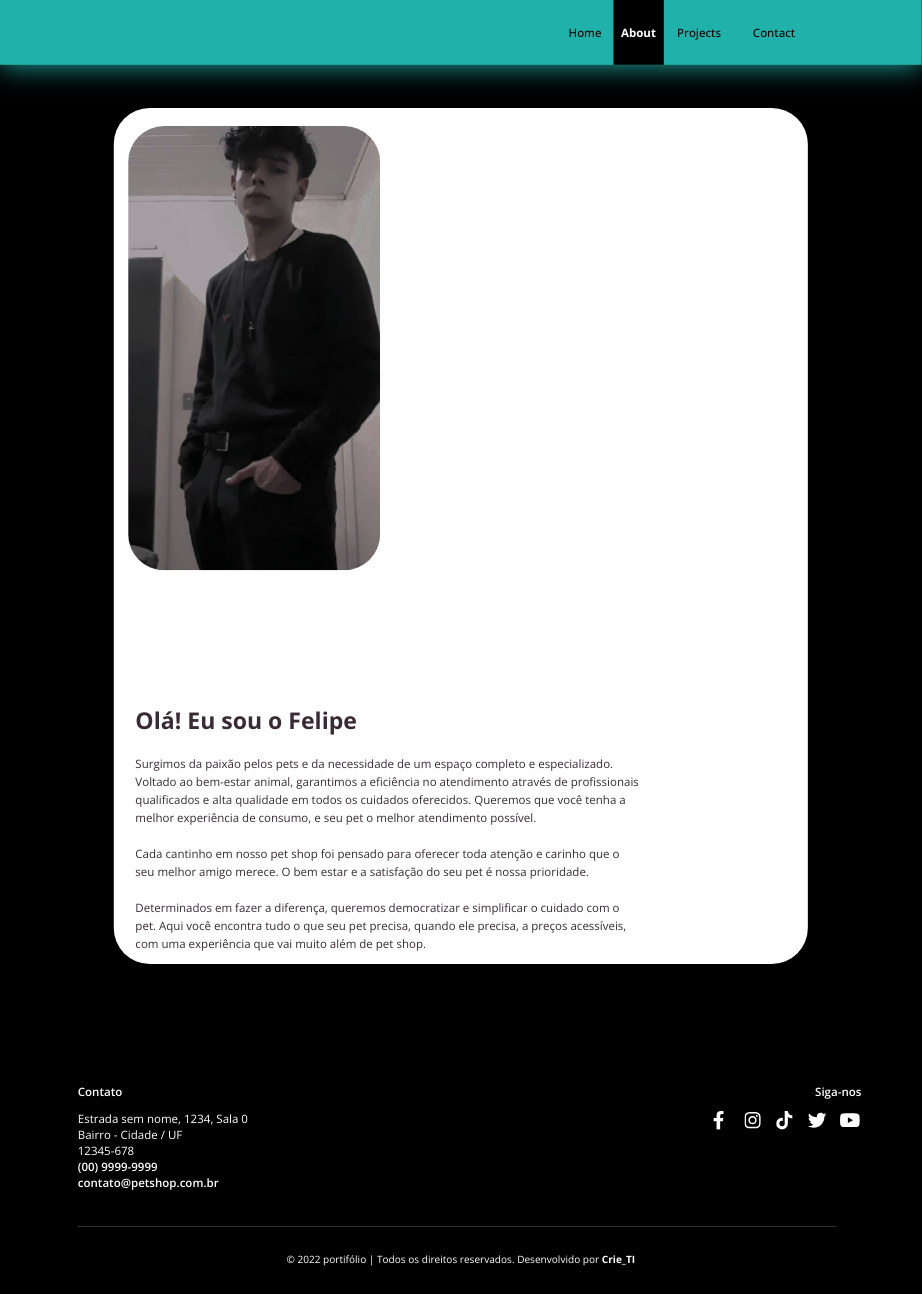
Repository: Fel1pit0/CRIE_TI
Page: Projetos/Portifólio/about.html
These files come from the project's save history. The page is drawn as it stood at one moment and after the next save; the edit follows.
The browser window is 1280 px wide. The pictures show the whole page, at 72% of full size.

Above is the page before, as saved 2022-05-25 15:08:56.

### Projetos/Portifólio/about.html
<!DOCTYPE html>
<html lang="en">
<head>
    <meta charset="UTF-8">
    <meta http-equiv="X-UA-Compatible" content="IE=edge">
    <meta name="viewport" content="width=device-width, initial-scale=1.0">
    <title>Portifólio</title>
    <link rel="stylesheet" href="styles.css">
    <link rel="preconnect" href="https://fonts.googleapis.com">
    <link rel="preconnect" href="https://fonts.gstatic.com" crossorigin>
    <link href="https://fonts.googleapis.com/css2?family=Roboto+Mono:wght@100&display=swap" rel="stylesheet">
</head>
<body>
    <header>
        <a href="index.html"></a>
        <nav class="pages">
          <div class="home-page"><a href="index.html">Home</a></div>
          <div class="about-page" style="background-color: black; color: #fff; font-weight: bold;"><a href="about.html">About</a></div>
          <div class="services-page"><a href="services.html">Projects</a></div>
          <div class="contact-page"><a href="contact.html">Contact</a></div>
        </nav>
    </header>

    <section id="about">
        <div>
          <img class="image-about" src="imagens/eu.jpeg" alt="minha-foto">
          <div class="desc-about">
            <h2>Olá! Eu sou o Felipe</h2>
            <p>Surgimos da paixão pelos pets e da necessidade de um espaço completo e especializado.<br/>
              Voltado ao bem-estar animal, garantimos a eficiência no atendimento através de profissionais qualificados e alta qualidade em todos os cuidados oferecidos. Queremos que você tenha a melhor experiência de consumo, e seu pet o melhor atendimento possível.<br/>
              <br>
              Cada cantinho em nosso pet shop foi pensado para oferecer toda atenção e carinho que o seu melhor amigo merece. O bem estar e a satisfação do seu pet é nossa prioridade.<br/>
              <br/>
              Determinados em fazer a diferença, queremos democratizar e simplificar o cuidado com o pet. Aqui você encontra tudo o que seu pet precisa, quando ele precisa, a preços acessíveis, com uma experiência que vai muito além de pet shop.
            </p>
          </div>
        </div>
    </section>

      <footer>
        <div class="foot-logo"></div>
          <div class="row-foot">
            <div class="contact-foot">
              <p>Contato</p>
                <div class="desc-contact">
                    <span>
                    Estrada sem nome, 1234, Sala 0<br/>
                    Bairro - Cidade / UF<br/>
                    12345-678<br/>
                    </span>
                    <a href="tel:+550099999999">(00) 9999-9999</a><br/>
                    <a href="mailto:contato@petshop.com.br">contato@petshop.com.br</a><br/>
                </div>
            </div>
            <div class="time-foot">
            </div>
            <div class="follow-foot">
              <p>Siga-nos</p>
                <div class="desc-follow">
                    <div class="social-icons">
                        <div class="ico-social"><a href="https://www.facebook.com/"><svg xmlns="http://www.w3.org/2000/svg" viewBox="0 0 600 512"><!--! Font Awesome Pro 6.1.1 by @fontawesome - https://fontawesome.com License - https://fontawesome.com/license (Commercial License) Copyright 2022 Fonticons, Inc. --><path d="M279.14 288l14.22-92.66h-88.91v-60.13c0-25.35 12.42-50.06 52.24-50.06h40.42V6.26S260.43 0 225.36 0c-73.22 0-121.08 44.38-121.08 124.72v70.62H22.89V288h81.39v224h100.17V288z"/></svg></a></div>
                        <div class="ico-social"><a href="https://www.instagram.com/"><svg xmlns="http://www.w3.org/2000/svg" viewBox="0 0 600 512"><!--! Font Awesome Pro 6.1.1 by @fontawesome - https://fontawesome.com License - https://fontawesome.com/license (Commercial License) Copyright 2022 Fonticons, Inc. --><path d="M224.1 141c-63.6 0-114.9 51.3-114.9 114.9s51.3 114.9 114.9 114.9S339 319.5 339 255.9 287.7 141 224.1 141zm0 189.6c-41.1 0-74.7-33.5-74.7-74.7s33.5-74.7 74.7-74.7 74.7 33.5 74.7 74.7-33.6 74.7-74.7 74.7zm146.4-194.3c0 14.9-12 26.8-26.8 26.8-14.9 0-26.8-12-26.8-26.8s12-26.8 26.8-26.8 26.8 12 26.8 26.8zm76.1 27.2c-1.7-35.9-9.9-67.7-36.2-93.9-26.2-26.2-58-34.4-93.9-36.2-37-2.1-147.9-2.1-184.9 0-35.8 1.7-67.6 9.9-93.9 36.1s-34.4 58-36.2 93.9c-2.1 37-2.1 147.9 0 184.9 1.7 35.9 9.9 67.7 36.2 93.9s58 34.4 93.9 36.2c37 2.1 147.9 2.1 184.9 0 35.9-1.7 67.7-9.9 93.9-36.2 26.2-26.2 34.4-58 36.2-93.9 2.1-37 2.1-147.8 0-184.8zM398.8 388c-7.8 19.6-22.9 34.7-42.6 42.6-29.5 11.7-99.5 9-132.1 9s-102.7 2.6-132.1-9c-19.6-7.8-34.7-22.9-42.6-42.6-11.7-29.5-9-99.5-9-132.1s-2.6-102.7 9-132.1c7.8-19.6 22.9-34.7 42.6-42.6 29.5-11.7 99.5-9 132.1-9s102.7-2.6 132.1 9c19.6 7.8 34.7 22.9 42.6 42.6 11.7 29.5 9 99.5 9 132.1s2.7 102.7-9 132.1z"/></svg></a></div>
                        <div class="ico-social"><a href="https://www.tiktok.com/"><svg xmlns="http://www.w3.org/2000/svg" viewBox="0 0 600 512"><!--! Font Awesome Pro 6.1.1 by @fontawesome - https://fontawesome.com License - https://fontawesome.com/license (Commercial License) Copyright 2022 Fonticons, Inc. --><path d="M448,209.91a210.06,210.06,0,0,1-122.77-39.25V349.38A162.55,162.55,0,1,1,185,188.31V278.2a74.62,74.62,0,1,0,52.23,71.18V0l88,0a121.18,121.18,0,0,0,1.86,22.17h0A122.18,122.18,0,0,0,381,102.39a121.43,121.43,0,0,0,67,20.14Z"/></svg></a></div>
                        <div class="ico-social"><a href="https://twitter.com/"><svg xmlns="http://www.w3.org/2000/svg" viewBox="0 0 600 512"><!--! Font Awesome Pro 6.1.1 by @fontawesome - https://fontawesome.com License - https://fontawesome.com/license (Commercial License) Copyright 2022 Fonticons, Inc. --><path d="M459.37 151.716c.325 4.548.325 9.097.325 13.645 0 138.72-105.583 298.558-298.558 298.558-59.452 0-114.68-17.219-161.137-47.106 8.447.974 16.568 1.299 25.34 1.299 49.055 0 94.213-16.568 130.274-44.832-46.132-.975-84.792-31.188-98.112-72.772 6.498.974 12.995 1.624 19.818 1.624 9.421 0 18.843-1.3 27.614-3.573-48.081-9.747-84.143-51.98-84.143-102.985v-1.299c13.969 7.797 30.214 12.67 47.431 13.319-28.264-18.843-46.781-51.005-46.781-87.391 0-19.492 5.197-37.36 14.294-52.954 51.655 63.675 129.3 105.258 216.365 109.807-1.624-7.797-2.599-15.918-2.599-24.04 0-57.828 46.782-104.934 104.934-104.934 30.213 0 57.502 12.67 76.67 33.137 23.715-4.548 46.456-13.32 66.599-25.34-7.798 24.366-24.366 44.833-46.132 57.827 21.117-2.273 41.584-8.122 60.426-16.243-14.292 20.791-32.161 39.308-52.628 54.253z"/></svg></a></div>
                        <div class="ico-social"><a href="https://www.youtube.com/"><svg xmlns="http://www.w3.org/2000/svg" viewBox="0 0 600 512"><!--! Font Awesome Pro 6.1.1 by @fontawesome - https://fontawesome.com License - https://fontawesome.com/license (Commercial License) Copyright 2022 Fonticons, Inc. --><path d="M549.655 124.083c-6.281-23.65-24.787-42.276-48.284-48.597C458.781 64 288 64 288 64S117.22 64 74.629 75.486c-23.497 6.322-42.003 24.947-48.284 48.597-11.412 42.867-11.412 132.305-11.412 132.305s0 89.438 11.412 132.305c6.281 23.65 24.787 41.5 48.284 47.821C117.22 448 288 448 288 448s170.78 0 213.371-11.486c23.497-6.321 42.003-24.171 48.284-47.821 11.412-42.867 11.412-132.305 11.412-132.305s0-89.438-11.412-132.305zm-317.51 213.508V175.185l142.739 81.205-142.739 81.201z"/></svg></a></div>
                    </div>
                </div>
            </div>
          <div class="line-foot"></div>
          <div class="copy"><span>© 2022 portifólio | Todos os direitos reservados. Desenvolvido por <b>Crie_TI</b></span></div>
      </footer>
</body>
</html>

### Projetos/Portifólio/styles.css
@import url('https://fonts.googleapis.com/css2?family=Open+Sans:ital,wght@0,300;0,400;0,500;0,600;0,700;0,800;1,300;1,400;1,500;1,600;1,700;1,800&display=swap');
body{
  font-family: 'Open Sans', sans-serif;
  background-color: black;
}
.brand{
  width: 250px;
  margin-left: 50px;
}
header {
  background-color: #20B2AA;
  display: flex;
  align-items: center;
  position: fixed;
  padding: 0 50px;
  top: 0;
  left: 0px;
  right: 0px;
  height: 90px;
  box-shadow: 0 0 40px #20b2aa;
  z-index: 2;
}
.home-page, .about-page{
  display: inline-block;
  text-align: center;
  height: 90px;
  width: 70px;
}
.products-page, .services-page{
  display: inline-block;
  text-align: center;
  height: 90px;
  width: 90px;
}
.contact-page {
  display: inline-block;
  text-align: center;
  height: 90px;
  width: 110px;
}
.home-page a, .about-page a, .products-page a, .services-page a, .contact-page a{
  margin-top: 34px;
  margin-bottom: auto;
}
.pages {
  width: auto;
  font-weight: 450;
  justify-content: space-between;
  margin-left: auto;
  margin-right: 100px;
}
.pages a{
  color: inherit;
  text-decoration: none;
  display: inline-block;
}
.pages a:hover{
  color: #ff0077;
}
.banner {
  width: 100%;
  height: 600px;
  margin-top: 80px;
  object-fit: cover;
}
#our-services{
  text-align: center;
}
.sub-title{
  margin-top: 60px;
  text-align: center;
  color: #1A2138;
  font-size: 32px;
}
.column {
  display:inline-block;
  padding: 30px;
  width: 15%;
  height: 250px;
  vertical-align: middle;
}
.column a{
  color: inherit;
  text-decoration: none;
  display: inline-block;
}
.column a:hover svg{
  transform: matrix3d(1.176,-0.17,0.00,0,0.17,1.176,0.00,0,0,0,1,0,0,0,0,1);
  -webkit-transform: matrix3d(1.176,-0.17,0.00,0,0.17,1.176,0.00,0,0,0,1,0,0,0,0,1);
  transform-origin: center center 0px;
  transition: all 0.5s ease 0s;
  -webkit-transform-origin: center center 0px;
  -webkit-transition: all 0.5s ease 0s;
}
.service-ico{
  fill: #ff0077;
  width: 60px;
  margin: auto;
}
.service-name{
  text-align: center;
  font-weight: 600;
  color: #ff0077;
}
.service-description{
  text-align: center;
  width: 240px;
  color: #858585;
}
#description {
  width: 100%;
  height: 350px;
  background-color: #07f;
}
.desc-logo{
  margin-top: 60px ;
  margin-left: 100px;
  position: top;
  width: 18%;
  height: 80px;
}
.desc-text{
  color: #fff;
  margin: 0 100px 0 100px;
  font-size: large;
}
#products{
  margin-top: 5em;
  text-align: center;
}
.product-column {
  display:inline-block;
  margin-left: 20px;
  width: 10em;
  height: 20em;
}
.product-column a{
  color: inherit;
  text-decoration: none;
}
.product-column:hover{
  border: 1px solid #cecece;
  border-radius: 10px;
  transform: matrix3d(1.2,0,0.00,0,0.00,1.2,0.00,0,0,0,1,0,0,0,0,1);
  transform-origin: center center 0px;
  transition: all 0.5s ease 0s;
  -webkit-transform-origin: center center 0px;
  -webkit-transition: all 0.5s ease 0s;
}
.product-column:hover img{
  opacity: 60%;
}
.product-ico{
  width: 140px;
  margin: 10px auto;
}
.product-name{
  font-size: 14px;
  font-weight: 500;
  color: #858585;
  width: 10em;
  height: 6em;
  margin-right: auto;
  margin-left: auto;
}
.product-price{
  align-items: flex-end;
  color: #ff0077;
  font-weight: bold;
}
.row{
  margin-top: 2em;
}
.product-more{
  width: 8em;
  margin-left: auto;
  margin-right: auto;
}
.button{
  background-color: #ff0077;
  color: #fff;
  font-weight: 400;
  height: 2em;
  margin-top: 2em;
  border: 1px solid #f07;
  border-radius: 10px;
  display: flex;
  justify-content: center;
  align-items: center;
}
.button:hover{
  transform: scale(1.03);
  transform-origin: center center 0px;
  transition: all 0.5s ease 0s;
  -webkit-transform-origin: center center 0px;
  -webkit-transition: all 0.5s ease 0s;
}
.button a{
  color: inherit;
  text-decoration: none;
}
footer{
  background-color: black;
  color: #fff;
  width: 100%;
  height: 300px;
}
.foot-logo svg{
  width: 15%;
  margin-top: 50px;
  margin-left: 100px;
  margin-bottom: 20px;
}
.row-foot{
  display: inline-block;
  width: 100%;
}
.contact-foot{
  display: inline-block;
  width: 330px;
  margin-left: 100px;
}
.contact-foot p{
  font-weight: 600;
  font-size: 16px;
}
.contact-foot a{
  color: inherit;
  text-decoration: none;
  font-weight: 600;
}
.desc-contact span{
  font-weight: lighter;
  width: 250px;
}
.time-foot{
  vertical-align: top;
  display: inline-block;
  width: 400px;
  text-align: center;
  font-weight: 600;
  font-size: 16px;
}
.desc-time span{
  margin-bottom: 0;
  font-weight: 100;
  width: 400px;
}
.follow-foot{
  vertical-align: top;
  display: inline-block;
  width: 300px;
  height: 20px;
  margin-left: 50px;
  text-align: right;
  font-weight: 600;
}
.ico-social{
  display: inline-block;
  margin: 0 0 0 10px;
  height: 30px;
  width: 30px;
}
.ico-social a{
  display: inline-block;
  width: 30px;
  vertical-align: top;
  margin: 0 0 30px;
  fill: #fff;
}
.ico-social:hover{
  transform: matrix3d(1.2,-0.26,0.00,0,0.26,1.164,0.00,0,0,0,1,0,0,0,0,1);
  transform-origin: center center 0px;
  transition: all 0.5s ease 0s;
  -webkit-transform-origin: center center 0px;
  -webkit-transition: all 0.5s ease 0s;
}
.line-foot{
  background-color: #ffd8ea;
  opacity: 30%;
  margin: 50px 110px 0 100px;
  width: auto;
  height: 1px;
}
.copy{
  margin-top: 35px;
  font-weight:lighter;
  font-size: 14px;
  text-align: center;
}
#about{
  margin-bottom: 5em;
  background-color: white;
  margin: 150px;
  border-radius: 50px;
}
.image-about{
  display: inline-block;
  width: 350px;
  height: auto;
  margin: 25px 20px;
  border-radius: 50px;
}
.desc-about{
  display: inline-block;
  margin: 130px 0 0 30px;
  width: 700px;
  vertical-align: top;
}
.desc-about h2{
  color: #382c32;
  font-size: 32px;
}
.desc-about p{
  color: #382c32;
  font-size: 16px;
  font-weight: lighter;
  line-height: 25px;
}
.contact-button{
  width: 10em;
  background-color: #ff0077;
  color: #fff;
  font-size: 16px;
  font-weight: 600;
  height: 2em;
  margin-top: 2em;
  border: 1px solid #f07;
  border-radius: 10px;
  display: flex;
  justify-content: center;
  align-items: center;
}
.contact-button a{
  color: inherit;
  text-decoration: none;
  width: 10em;
  text-align: center;
}
.contact-button:hover{
  transform: scale(1.03);
  transform-origin: center center 0px;
  transition: all 0.5s ease 0s;
  -webkit-transform-origin: center center 0px;
  -webkit-transition: all 0.5s ease 0s;
}
.products-title{
  font-size: 32px;
  text-align: left;
  margin-top: 150px;
  margin-left: 100px;
  color: #1A2138;
}
#services{
  margin-top: 90px;
}
#products{
  margin-bottom: 5em;
}
.shower{
  background-image: url(Imagens/Serviços/bath-and-groom.jpg);
  height: 350px;
  background-size: 500px 350px;
  background-position: left;
  background-repeat: no-repeat;
}
.desc-shower{
  display: inline-block;
  width: 600px;
  vertical-align: top;
  margin: 0 0 0 550px;
}
.desc-shower h3{
  color: #f07;
  font-size: 24px;
  font-weight: 400
}
.desc-shower span{
  color: #382c32;
  font-size: 18px;
  font-weight: 400;
  line-height: 25px;
}
.desc-shower p{
  color: #382c32;
  opacity: 80%;
  font-size: 16px;
  font-weight: 400;
  line-height: 25px;
}
.medic{
  background-color: #f07;
  background-image: url(Imagens/Serviços/medical-center.jpg);
  height: 350px;
  background-size: 500px 350px;
  background-position: right;
  background-repeat: no-repeat;
}
.desc-medic{
  display: inline-block;
  width: 650px;
  vertical-align: top;
  margin: 10px 0 0 100px;
  text-align: right;
}
.desc-medic h3{
  color: #fff;
  font-size: 24px;
  font-weight: 400
}
.desc-medic span{
  color: #fff;
  font-size: 18px;
  font-weight: 500;
  line-height: 30px;
}
.desc-medic p{
  color: #fff;
  opacity: 80%;
  font-size: 16px;
  font-weight: 100;
  line-height: 30px;
}
.drug{
  background-color: #07f;
  background-image: url(Imagens/Serviços/drugstore.jpg);
  height: 350px;
  background-size: 500px 350px;
  background-position: left;
  background-repeat: no-repeat;
}
.desc-drug{
  display: inline-block;
  width: 600px;
  vertical-align: top;
  margin: 30px 0 0 550px;
}
.desc-drug h3{
  color: #fff;
  font-size: 24px;
  font-weight: 400
}
.desc-drug span{
  color: #fff;
  font-size: 18px;
  font-weight: 400;
  line-height: 25px;
}
.desc-drug p{
  color: #fff;
  opacity: 80%;
  font-size: 16px;
  font-weight: 400;
  line-height: 25px;
}
.delivery{
  background-color: #FF320D;
  background-image: url(Imagens/Serviços/delivery.jpg);
  height: 350px;
  background-size: 500px 700px;
  background-position: right;
  background-repeat: no-repeat;
}
.desc-delivery{
  display: inline-block;
  width: 650px;
  vertical-align: top;
  margin: 50px 0 0 100px;
  text-align: right;
}
.desc-delivery h3{
  color: #fff;
  font-size: 24px;
  font-weight: 400
}
.desc-delivery span{
  color: #fff;
  font-size: 18px;
  font-weight: 500;
  line-height: 30px;
}
.desc-delivery p{
  color: #fff;
  opacity: 80%;
  font-size: 16px;
  font-weight: 100;
  line-height: 30px;
}
.pick{
  background-color: #C10DFF;
  background-image: url(Imagens/Serviços/pick-up.jpg);
  height: 350px;
  background-size: 500px 350px;
  background-position: left;
  background-repeat: no-repeat;
}
.desc-pick{
  display: inline-block;
  width: 600px;
  vertical-align: top;
  margin: 50px 0 0 550px;
}
.desc-pick h3{
  color: #fff;
  font-size: 24px;
  font-weight: 400
}
.desc-pick span{
  color: #fff;
  font-size: 18px;
  font-weight: 400;
  line-height: 25px;
}
.desc-pick p{
  color: #fff;
  opacity: 80%;
  font-size: 16px;
  font-weight: 400;
  line-height: 25px;
}
.care{
  background-color: #6cf515;
  background-image: url(Imagens/Serviços/daycare.jpg);
  height: 350px;
  background-size: 500px 350px;
  background-position: right;
  background-repeat: no-repeat;
}
.desc-care{
  display: inline-block;
  width: 650px;
  vertical-align: top;
  margin: 30px 0 0 100px;
  text-align: right;
}
.desc-care h3{
  color: #fff;
  font-size: 24px;
  font-weight: 400
}
.desc-care span{
  color: #fff;
  font-size: 18px;
  font-weight: 500;
  line-height: 30px;
}
.desc-care p{
  color: #fff;
  opacity: 80%;
  font-size: 16px;
  font-weight: 100;
  line-height: 30px;
}
.hotel{
  background-color: #353535;
  height: 350px;
}
.hotel-img{
  width: 500px;
  height: 350px;

}
.desc-hotel{
  display: inline-block;
  width: 650px;
  vertical-align: top;
  margin: 50px 0 0 50px;
}
.desc-hotel h3{
  color: #fff;
  font-size: 24px;
  font-weight: 400
}
.desc-hotel span{
  color: #fff;
  font-size: 18px;
  font-weight: 400;
  line-height: 25px;
}
.desc-hotel p{
  color: #fff;
  opacity: 80%;
  font-size: 16px;
  font-weight: 300;
  line-height: 25px;
  width: 600px;
}
#talk{
  margin-bottom: 5em;
  width: 100%;
}
.inputs{
  display: inline-block;
  margin-left: 100px;
  width: 50%;
}
.input-name{
  color: #858585;
  font-size: 14px;
}
.form-item{
  width: 100%;
  min-height: 35px;
  margin-bottom: 20px;
  border: 1px solid #858585;
  border-radius: 5px;
  box-sizing: border-box;
  background-color: #fff;
  font-size: 16px;
}
.send-button{
  width: 7em;
  background-color: #ff0077;
  color: #fff;
  font-size: 16px;
  font-weight: 600;
  height: 40px;
  border: 1px solid #f07;
  border-radius: 10px;
  justify-content: center;
  align-items: center;
}
.send-button a{
  color: inherit;
  text-decoration: none;
  width: 10em;
  text-align: center;
}
.send-button:hover{
  transform: scale(1.03);
  transform-origin: center center 0px;
  transition: all 0.5s ease 0s;
  -webkit-transform-origin: center center 0px;
  -webkit-transition: all 0.5s ease 0s;
}
.infos{
  width: 450px;
  display: inline-block;
  margin-left: 30px;
}
.info-item{
  font-size: 13px;
  font-weight: 600;
  color: #858585;
  margin-bottom: 0px;
}
.infos a{
  color: #f07;
  text-decoration: none;
  font-size: 16px;
  font-weight: 600;
}

After the next save:
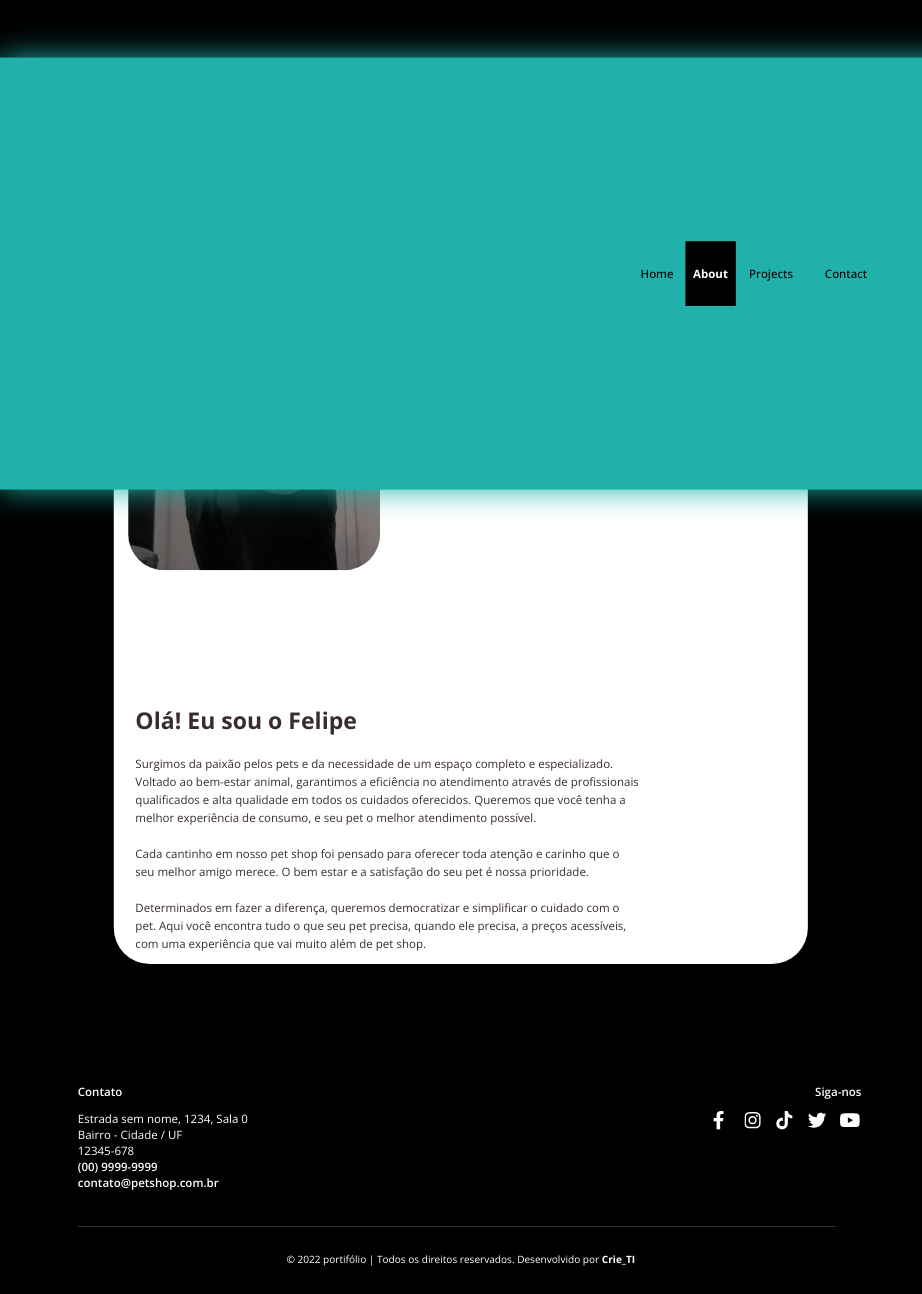
Saved 36 s later.
--- a/Projetos/Portifólio/about.html
+++ b/Projetos/Portifólio/about.html
@@ -11,7 +11,7 @@
     <link href="https://fonts.googleapis.com/css2?family=Roboto+Mono:wght@100&display=swap" rel="stylesheet">
 </head>
 <body>
-    <header>
+    <header class="banner">
         <a href="index.html"></a>
         <nav class="pages">
           <div class="home-page"><a href="index.html">Home</a></div>
